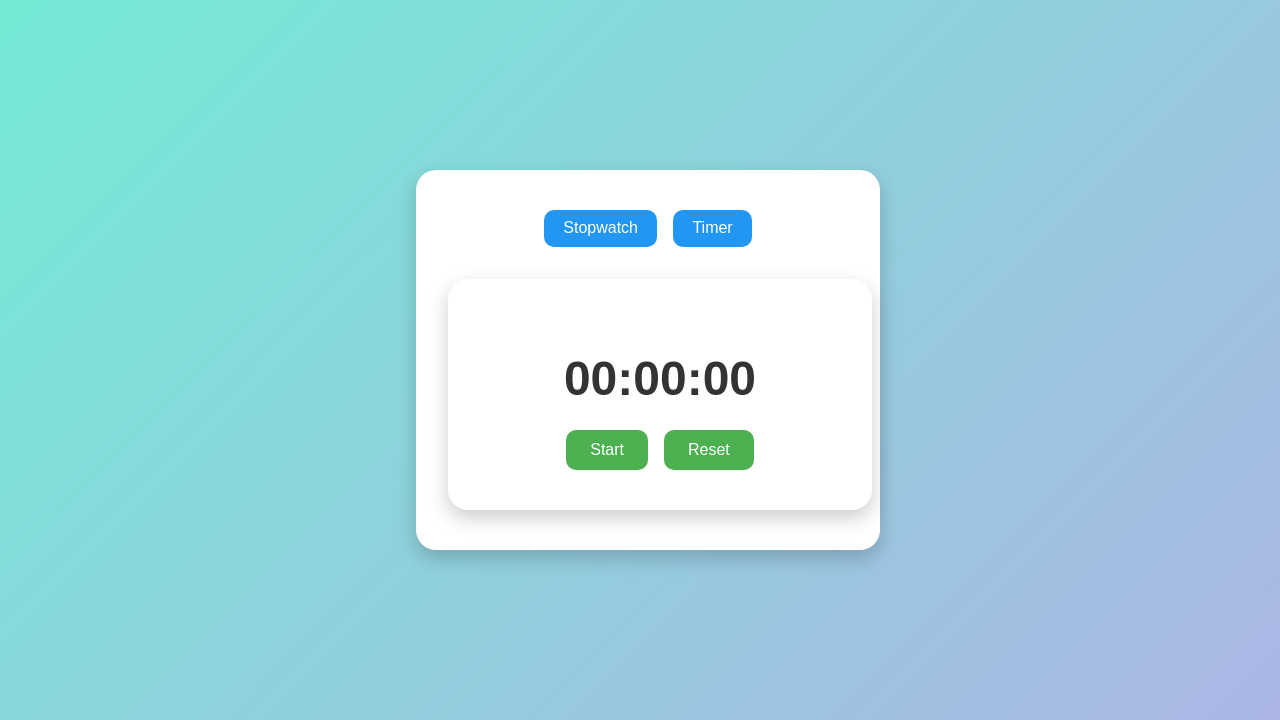
Repository: Denis793/Timer
Page: /
An editor plug-in stored every save of this project. The page is shown before and after the next save, followed by the edit.
The browser window is 1280 px wide. The pictures show the whole page.
The project was rebuilt for these pictures with package versions that can differ from the ones it lists, and the page was loaded fresh each time. Also part of the build but not shown: vite.config.js, src/hooks/useCountdown.jsx, src/components/Countdown.jsx. Imported but missing from the stored project, and not drawn on this page: src/assets/alarm.mp3.

Above is the page before, as saved 2025-05-14 08:41:51.

### index.html
<!DOCTYPE html>
<html lang="en">
  <head>
    <meta charset="UTF-8" />
    <meta name="viewport" content="width=device-width, initial-scale=1.0" />
    <title>Timer</title>
  </head>
  <body>
    <div id="root"></div>
    <script type="module" src="/src/main.jsx"></script>
  </body>
</html>

### src/main.jsx
import React from 'react';
import ReactDOM from 'react-dom/client';
import App from './App';
import './styles/css/main.css';

ReactDOM.createRoot(document.getElementById('root')).render(
  <React.StrictMode>
    <App />
  </React.StrictMode>
);

### src/App.jsx
import React from 'react';
import TimerApp from './components/TimerApp';

function App() {
  return <TimerApp />;
}

export default App;

### src/styles/css/main.css
body {
  margin: 0;
  padding: 0;
  font-family: "Poppins", sans-serif;
  background: linear-gradient(135deg, #74ebd5, #acb6e5);
  min-height: 100vh;
  display: flex;
  justify-content: center;
  align-items: center;
}

.timer-container {
  background-color: white;
  padding: 2.5rem 2rem;
  border-radius: 20px;
  box-shadow: 0 8px 20px rgba(0, 0, 0, 0.2);
  text-align: center;
  min-width: 320px;
  width: 90%;
  max-width: 400px;
}

h1 {
  font-size: 3rem;
  margin-bottom: 1.5rem;
  color: #333;
}

.inputs {
  display: flex;
  justify-content: center;
  gap: 1rem;
  margin-bottom: 1.5rem;
}

.inputs label {
  display: flex;
  flex-direction: column;
  font-size: 1rem;
  color: #555;
}

.inputs input {
  width: 80px;
  padding: 0.5rem;
  margin-top: 0.5rem;
  border: 2px solid #ccc;
  border-radius: 10px;
  font-size: 1rem;
  text-align: center;
  transition: border-color 0.3s ease;
  -webkit-appearance: auto;
     -moz-appearance: auto;
          appearance: auto;
}

.inputs input:focus {
  border-color: #74ebd5;
  outline: none;
}

.buttons {
  display: flex;
  flex-wrap: wrap;
  justify-content: center;
  gap: 1rem;
  margin-top: 1.5rem;
}

.buttons button {
  background-color: #4caf50;
  color: white;
  border: none;
  padding: 0.7rem 1.5rem;
  font-size: 1rem;
  border-radius: 10px;
  cursor: pointer;
  transition: background-color 0.3s ease, transform 0.2s ease;
}

.buttons button:hover {
  background-color: #45a049;
  transform: scale(1.05);
}

.buttons button:disabled {
  background-color: #ccc;
  cursor: not-allowed;
}

.mode-switch {
  margin-bottom: 2rem;
  display: flex;
  justify-content: center;
  gap: 1rem;
}

.mode-switch button {
  background-color: #2196f3;
  color: white;
  border: none;
  padding: 0.6rem 1.2rem;
  font-size: 1rem;
  border-radius: 10px;
  cursor: pointer;
  transition: background-color 0.3s ease;
}

.mode-switch button:hover {
  background-color: #1976d2;
}

p {
  margin-top: 1rem;
  font-size: 0.9rem;
  color: #666;
}

### src/components/TimerApp.jsx
import React, { useState } from 'react';
import Stopwatch from './Stopwatch';
import Countdown from './Countdown';

const TimerApp = () => {
  const [mode, setMode] = useState('stopwatch');

  return (
    <div className="timer-container">
      <div className="mode-switch">
        <button onClick={() => setMode('stopwatch')}>Stopwatch</button>
        <button onClick={() => setMode('countdown')}>Timer</button>
      </div>
      {mode === 'stopwatch' ? <Stopwatch /> : <Countdown />}
    </div>
  );
};

export default TimerApp;

### src/components/Stopwatch.jsx
import React from 'react';
import { useStopwatch } from '../hooks/useStopwatch';

const Stopwatch = () => {
  const { timeFormatted, isRunning, toggle, reset } = useStopwatch();

  return (
    <div className="timer-container">
      <h1>{timeFormatted}</h1>

      <div className="buttons">
        <button onClick={toggle}>{isRunning ? 'Pause' : 'Start'}</button>
        <button onClick={reset}>Reset</button>
      </div>
    </div>
  );
};

export default Stopwatch;

### src/hooks/useStopwatch.jsx
import { useState, useEffect, useRef, useCallback } from 'react';

export const useStopwatch = () => {
  const [isRunning, setIsRunning] = useState(false);
  const [elapsedTime, setElapsedTime] = useState(0);
  const startTimeRef = useRef(null);
  const intervalRef = useRef(null);
  const renderCount = useRef(0);

  useEffect(() => {
    renderCount.current += 1;
  });

  useEffect(() => {
    if (isRunning) {
      startTimeRef.current = Date.now() - elapsedTime;
      intervalRef.current = setInterval(() => {
        setElapsedTime(Date.now() - startTimeRef.current);
      }, 10);
    } else {
      clearInterval(intervalRef.current);
    }
    return () => clearInterval(intervalRef.current);
  }, [isRunning]);

  const toggle = useCallback(() => setIsRunning((prev) => !prev), []);

  const reset = useCallback(() => {
    setElapsedTime(0);
    setIsRunning(false);
  }, []);

  const minutes = String(Math.floor(elapsedTime / 60000)).padStart(2, '0');
  const seconds = String(Math.floor((elapsedTime % 60000) / 1000)).padStart(2, '0');
  const milliseconds = String(Math.floor((elapsedTime % 1000) / 10)).padStart(2, '0');

  return {
    timeFormatted: `${minutes}:${seconds}:${milliseconds}`,
    isRunning,
    toggle,
    reset,
    renderCount: renderCount.current,
  };
};

After the next save:
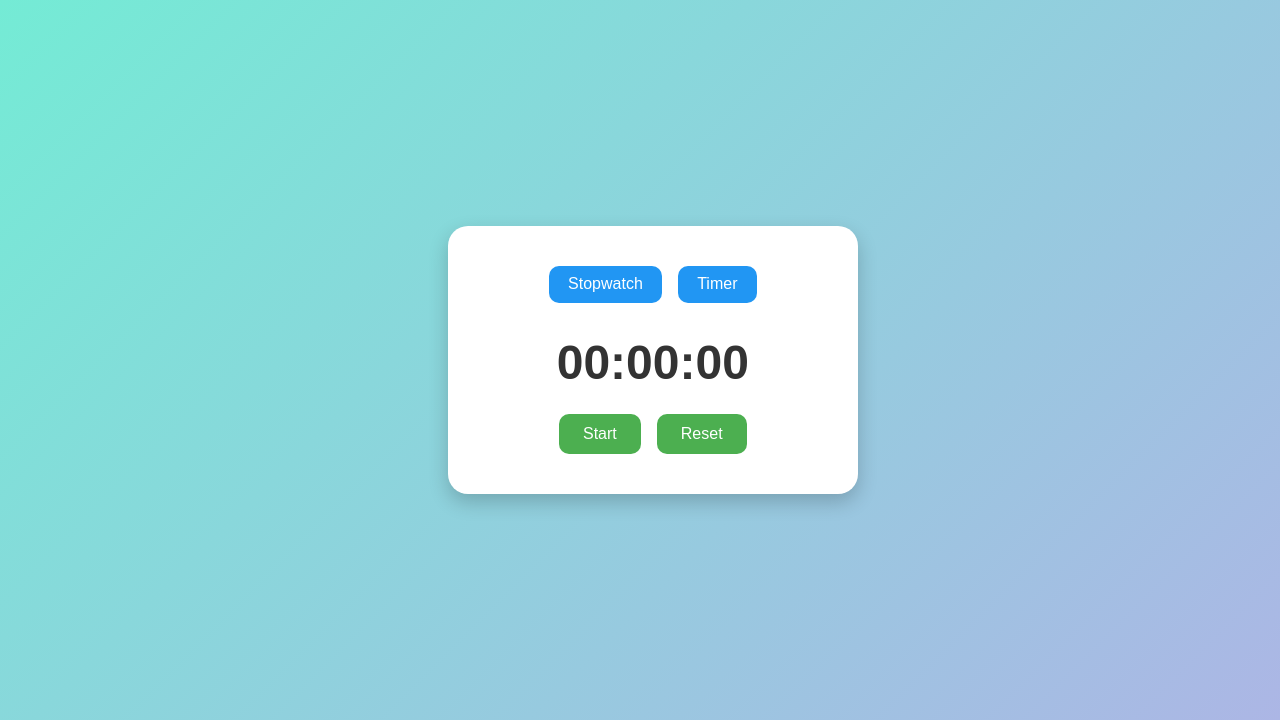
Saved 2 min 14 s later.
--- a/src/components/Stopwatch.jsx
+++ b/src/components/Stopwatch.jsx
@@ -5,7 +5,7 @@ const Stopwatch = () => {
   const { timeFormatted, isRunning, toggle, reset } = useStopwatch();
 
   return (
-    <div className="timer-container">
+    <div className="timer-box">
       <h1>{timeFormatted}</h1>
 
       <div className="buttons">
